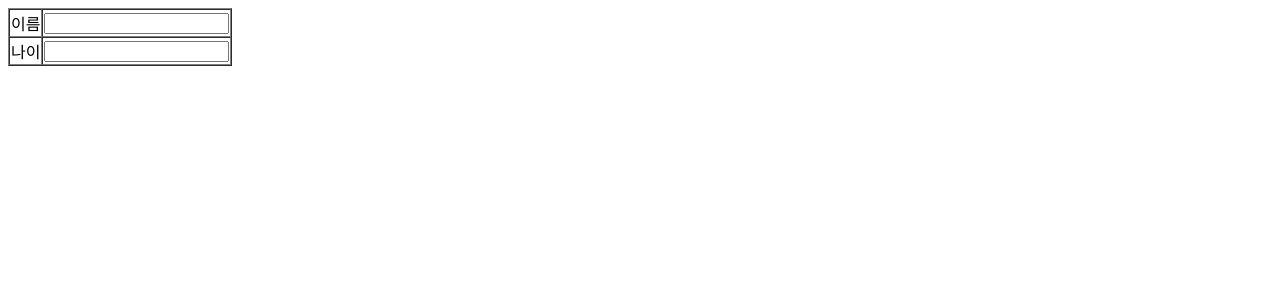
Repository: gh-56/jsp_workspace_al
Page: http://localhost/11_action_tag/forwardTest.jsp
The author's editor kept a copy of each file at every save. The page is drawn from the files as they stood at one save, then again after the next save.
The browser window is 1280 px wide. The pictures show the whole page.
The page is served by Tomcat 9.

Above is the page before, as saved 2023-10-18 01:13:39.

After the next save:
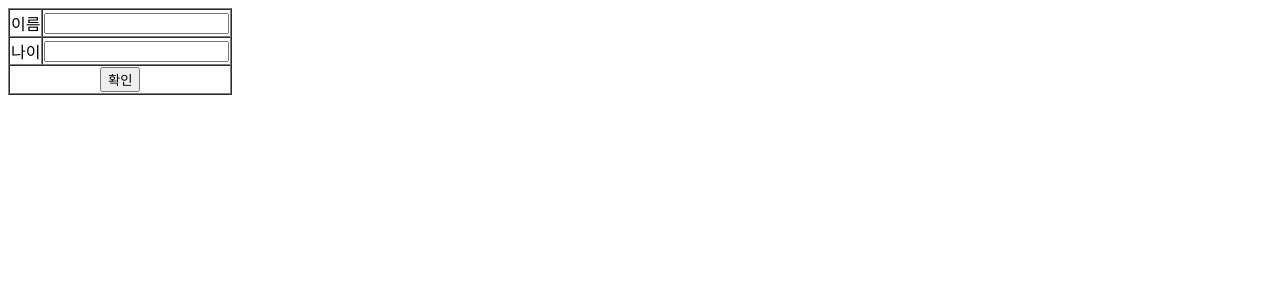
Saved 65 s later.
--- a/11_action_tag/src/main/webapp/forwardTest.jsp
+++ b/11_action_tag/src/main/webapp/forwardTest.jsp
@@ -21,6 +21,11 @@
 					<input type="number" name="age" />
 				</td>
 			</tr>
+			<tr>
+				<th colspan="2">
+					<button>확인</button>
+				</th>
+			</tr>
 		</table>
 	</form>
 </body>
